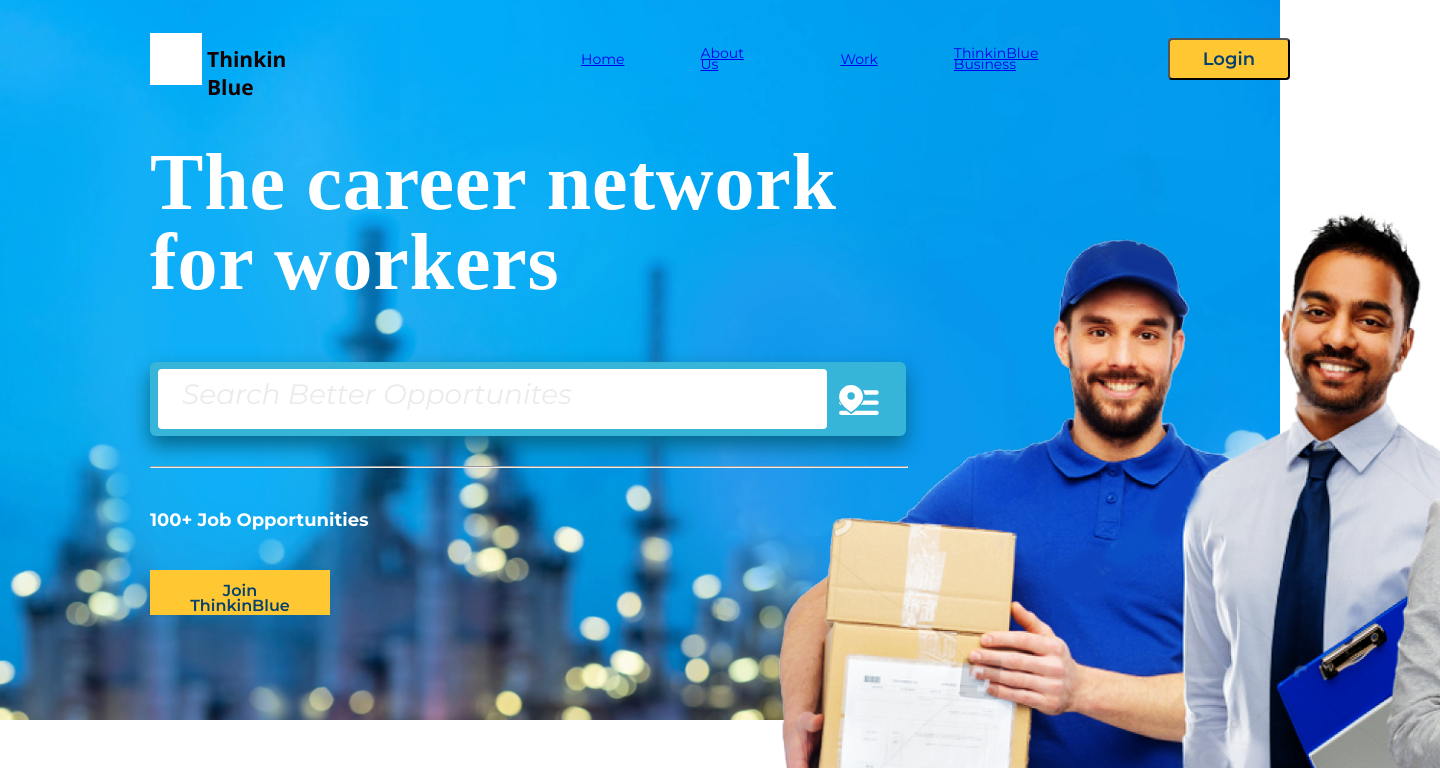
Repository: shekharyadav638/OSL_Assignment_1
Page: index.html
An editor plug-in stored every save of this project. The page is shown before and after the next save, followed by the edit.
The browser window is 1280 px wide. The page is 1440 px wide, so the pictures cover 1440 px, including what lies to the right of the window. The pictures show the whole page.
The style sheet was rebuilt from its Sass, Less or Tailwind sources for each picture, by a compiler version that may differ from the author's.

Above is the page before, as saved 2024-07-13 14:31:12.

### index.html
<!DOCTYPE html PUBLIC "-//W3C//DTD HTML 4.01 Transitional//EN" "http://www.w3.org/TR/html4/loose.dtd">
<html>
  <head>
    <meta http-equiv="Content-Type" content="text/html; charset=ISO-8859-1" />
    <title>Assignment 1</title>
    <link rel="stylesheet" href="style.css" />
    <link rel="preconnect" href="https://fonts.googleapis.com" />
    <link rel="preconnect" href="https://fonts.gstatic.com" crossorigin />
    <link
      href="https://fonts.googleapis.com/css2?family=Montserrat:ital,wght@0,100..900;1,100..900&display=swap"
      rel="stylesheet"
    />
  </head>
  <body>
    <header>
      <div class="header">
        <div class="header_left">
          <div class="header_left_logo"></div>
          <span class="header_left_title">Thinkin Blue</span>
        </div>
        <div class="header_right">
          <ul class="header_right_list">
            <li class="header_right_list_item">
              <a href="#">Home</a>
            </li>
            <li class="header_right_list_item"><a href="#">About Us</a></li>
            <li class="header_right_list_item"><a href="#">Work</a></li>
            <li class="header_right_list_item">
              <a href="#">ThinkinBlue Business</a>
            </li>
          </ul>
          <button class="header_right_btn">Login</button>
        </div>
      </div>
    </header>
    <section class="banner">
      <div class="banner_left">
       <p class="banner_left_text">The career network <br> for workers</p>
       <div class="banner_left_input">
        <input type="text" placeholder="Search Better Opportunites" class="banner_left_input_box"></input>
        <img src="img/location.svg" alt="location-icon" class="banner_left_input_icon">
       </div>
       <div class="banner_left_categories">
        <hr>
        <div class="banner_left_categories_title">100+ Job Opportunities</div>
        <!-- <div class="banner_left_categories_list">
          <div class="banner_left_categories_list_item"> Category 1</div>
          <div class="banner_left_categories_list_item"> Category 2</div>
          <div class="banner_left_categories_list_item"> Category 3</div>
          <div class="banner_left_categories_list_item"> Category 4</div>
          <div class="banner_left_categories_list_item"> Category 5</div>
          <div class="banner_left_categories_list_item"> Category 6</div>
          <div class="banner_left_categories_list_item"> Category 7</div>
        </div> -->
        <div >
          <button class="banner_left_categories_button">Join ThinkinBlue</button>
        </div>
       </div>
      </div>
      <div class="banner_right">
        <img src="img/banner_right.png" alt="banner_right" class="banner_right_img"></img>
      </div>
    </section>
  </body>
</html>

### style.scss
* {
  margin: 0;
  padding: 0;
}
.body {
  width: 1440px;
  opacity: 1;
  overflow-x: hidden;
}

@import "header";
@import "banner";

### header.scss
.header {
  background: transparent;
  position: fixed;
  display: flex;
  align-content: center;
  width: 1140px;
  height: 86px;
  opacity: 1;
  margin: 16px 150px;
  &_left {
    align-items: center;
    display: flex;
    opacity: 1;

    &_logo {
      width: 52px;
      height: 52px;
      background: #ffffff 0% 0% no-repeat padding-box;
      opacity: 1;
    }

    &_title {
      padding-left: 5px;
      text-align: left;
      font: normal normal bold 21px/28px Segoe UI;
      width: 113px;
      height: 28px;
      letter-spacing: 0px;
      color: #150303;
      opacity: 1;
    }
  }

  &_right {
    margin-left: 261px;
    align-items: center;
    display: flex;
    gap: 66px;
    &_list {
      list-style: none;
      display: flex;
      gap: 76px;
      align-items: center;

      &_item {
        text-align: left;
        font: normal normal normal 14px/11px Montserrat;
        letter-spacing: 0px;
        padding: 17px 0;
        color: #ffffff;
        opacity: 1;
      }
    }
    &_btn {
      background: #ffc832 0% 0% no-repeat padding-box;
      border-radius: 4px;
      opacity: 1;
      padding: 8px 33px;
      text-align: left;
      font: normal normal 600 18px Montserrat;
      letter-spacing: 0px;
      color: #05416e;
      opacity: 1;
    }
  }
}

.banner {
  &_img {
    width: 100%;
    height: 100%;
    background-position: center;
  }
}

### _banner.scss
.banner {
  background-image: url(img/banner.png);
  width: 100%;
  height: 100vh;
  background-size: cover;
  background-position: center;
  background-repeat: no-repeat;
  display: flex;

  &_left {
    align-content: center;
    margin-left: 150px;
    &_text {
      text-align: left;
      font: normal normal bold 80px/80px Adobe Caslon Pro;
      letter-spacing: 0.8px;
      color: #ffffff;
      opacity: 1;
    }

    &_input {
      display: flex;
      align-items: center;
      margin-top: 60px;
      width: 756px;
      height: 74px;
      background: #37b5d8 0% 0% no-repeat padding-box;
      box-shadow: 0px 10px 20px #07668b;
      border-radius: 6px;

      ::placeholder {
        font: italic normal normal 28px/36px Montserrat;
        letter-spacing: 0px;
        color: #ebebeb;
        opacity: 1;
        padding-top: 13px;
        padding-bottom: 13px;
        align-content: center;
        padding-left: 24px;
      }

      &_box {
        background: #ffffff 0% 0% no-repeat padding-box;
        border-radius: 4px;
        margin-left: 8px;
        border: none;
        opacity: 1;
        width: 669px;
        height: 60px;
      }
    }

    &_categories {
      width: 717px;
      height: 112px;
      & hr {
        margin-top: 30px;
        margin-bottom: 40px;
        color: #37b5d8;
        width: 756px;
      }
      &_title {
        width: 250px;
        height: 22px;
        text-align: left;
        font: normal normal bold 18px/24px Montserrat;
        letter-spacing: 0px;
        color: #ffffff;
        opacity: 1;
      }

      &_list {
        margin-top: 15px;
        margin-right: 73px;
        display: grid;
        &_item {
          background: #32aaff 0% 0% no-repeat padding-box;
          border: 1px solid #ffffff;
          border-radius: 20px;
          opacity: 0.8;
          height: 30px;
          padding-left: 14px;
          padding-right: 14px;
          padding-top: 7px;
          padding-bottom: 8px;
        }
      }

      &_button {
        margin-top: 40px;
        width: 180px;
        height: 45px;
        background: #ffc832 0% 0% no-repeat padding-box;
        border: none;
        padding: 13px 21px;
        opacity: 1;
        font: normal normal 600 16px/15px Montserrat;
        letter-spacing: 0px;
        color: #05416e;
        opacity: 1;
      }
    }
  }

  &_right {
    &_img {
      position: absolute;
      top: 0;
      left: 650px;
      margin-top: 140px;
    }
  }
}

After the next save:
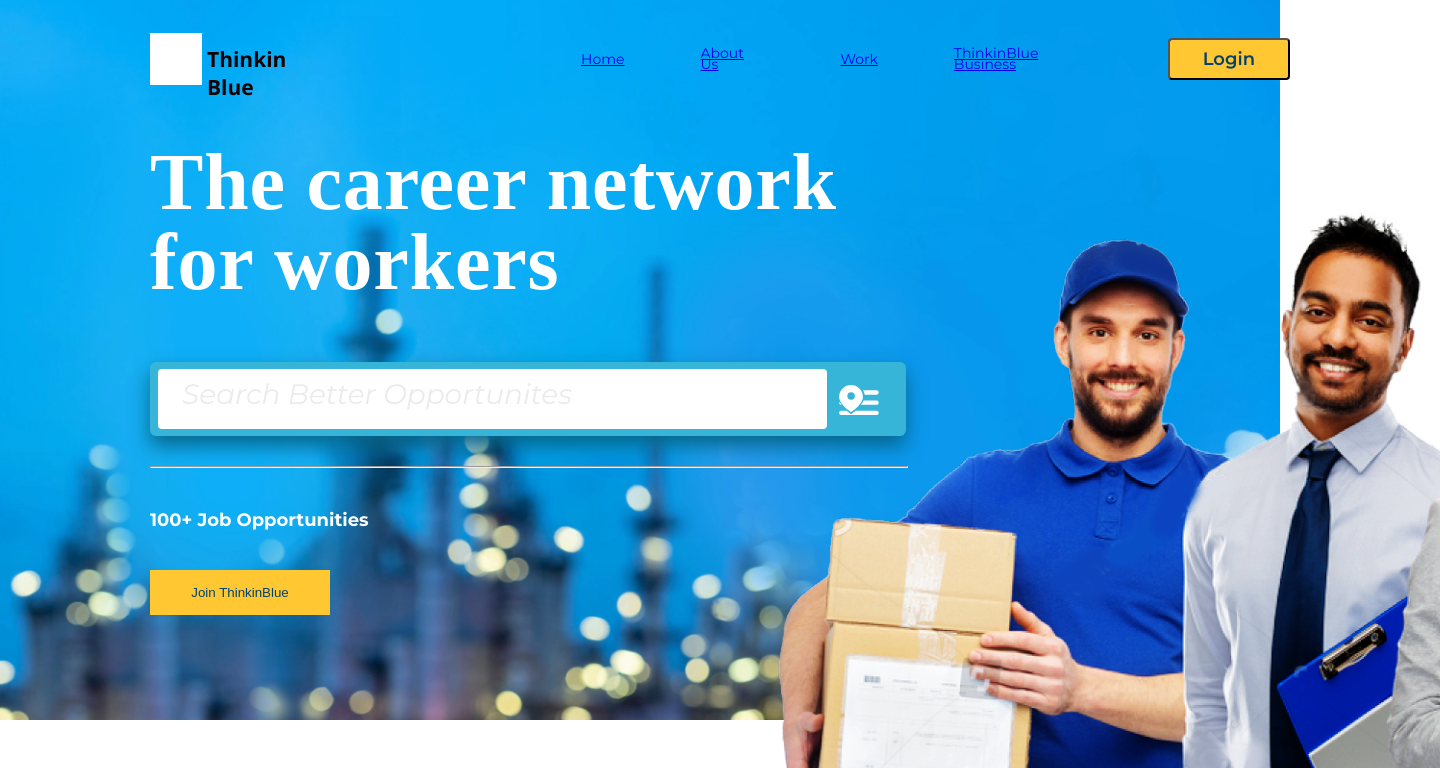
Saved 4 min 18 s later.
--- a/_banner.scss
+++ b/_banner.scss
@@ -94,7 +94,7 @@
         border: none;
         padding: 13px 21px;
         opacity: 1;
-        font: normal normal 600 16px/15px Montserrat;
+        font: normal normal 600 16px/15px;
         letter-spacing: 0px;
         color: #05416e;
         opacity: 1;

After the save that followed:
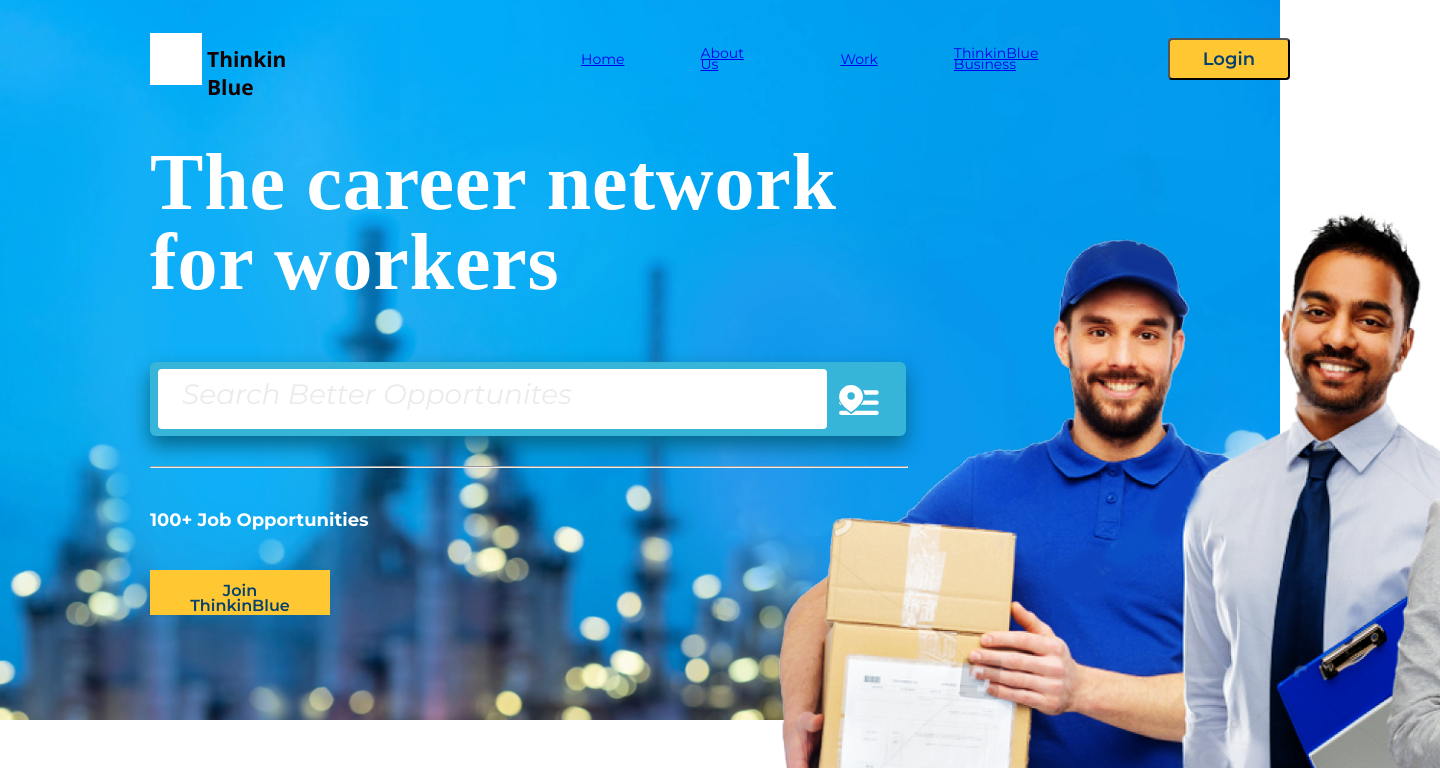
Saved 9 s later.
--- a/_banner.scss
+++ b/_banner.scss
@@ -94,7 +94,7 @@
         border: none;
         padding: 13px 21px;
         opacity: 1;
-        font: normal normal 600 16px/15px;
+        font: normal normal 600 16px/15px Montserrat;
         letter-spacing: 0px;
         color: #05416e;
         opacity: 1;
